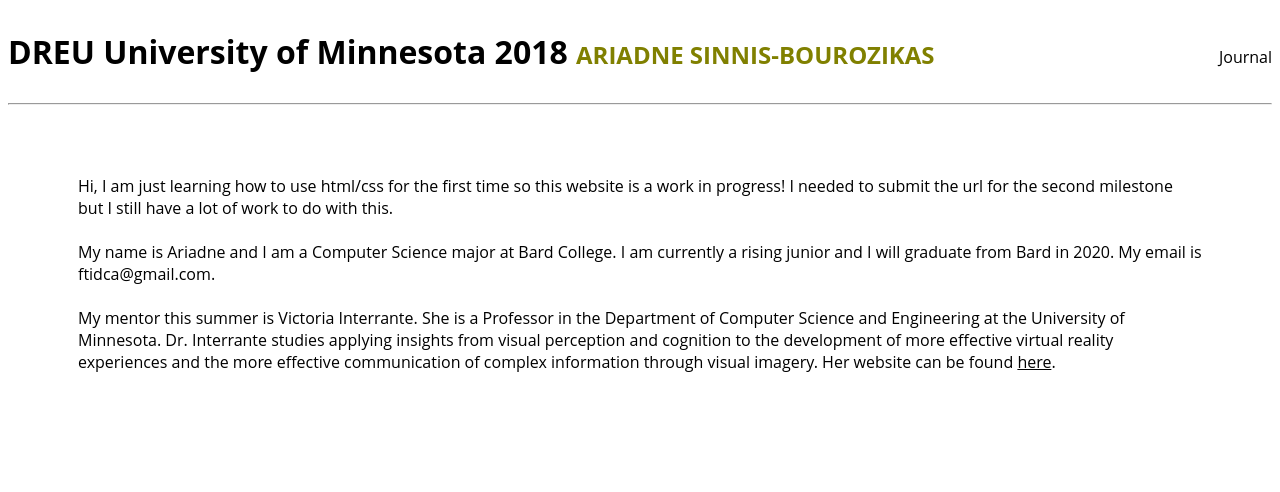
Repository: ariadnesb/dreu2018
Page: index.html
The author's editor kept a record of every edit. The page is drawn from the files as they stood at one moment, then again after the next edit.
The browser window is 1280 px wide. The pictures show the whole page.

Above is the page before.

### index.html
<!DOCTYPE html>
<html>
    <head>
        <title>It's me</title>
        <link rel="stylesheet" href="styles.css">
        <link href="https://fonts.googleapis.com/css?family=Roboto" rel="stylesheet">
    </head>

    <body>
        <div id="header">
            <br>
            <h1>DREU University of Minnesota 2018 </h1>
            <h2>ARIADNE SINNIS-BOUROZIKAS</h2>

            <ul class="nav-bar">
                <li><a href="./journal.html">Journal</a></li>
                <!-- <li><a href="/contact.html">Contact</a></li> -->
            </ul>
            <br><br><hr>
        </div>

        <div id= "paragraph">
             <p>
                Hi, I am just learning how to use html/css for the first time so this website is a
                work in progress! I needed to submit the url for the second milestone but I still
                have a lot of work to do with this. <br><br>

                My name is Ariadne and I am a Computer Science major at Bard College. I am currently
                a rising junior and I will graduate from Bard in 2020.
                My email is ftidca@gmail.com.
                <br><br>
                My mentor this summer is Victoria Interrante. She is a Professor in the Department
                of Computer Science and Engineering at the University of Minnesota. Dr. Interrante
                studies applying insights from visual perception and cognition to the development
                of more effective virtual reality experiences and the more effective communication
                of complex information through visual imagery. Her website can be found
                <span id="emb_link"><a href="http://www-users.cs.umn.edu/~interran/">here</a></span>.

            </p>
        </div>


        <!--- divs and spans can have 1 id but many classes

        <h2>Sub header</h2>
        <h6>smol</h6>

        <div id="custom-id">
            Div tag item
        </div>
        Non div tag item

        <br><br>
        <span class="custom-class">Hello</span> world
        -->


    </body>

</html>

### styles.css
html {
  /* everything that u put here will impact contents of <html>
  aka everything */
  font-family: 'Open Sans', sans-serif;
  background-color: offwhite;

}

#custom-id {
    background-color: black;
    color: white;
}

.custom-class{
    color: blue;
    display: inline;

}

#name {
    color: #66D167;
}

#header h1 {
    display: inline;
}

#header h2 {
    display: inline;
    color: olive;
}

#header .nav-bar  {
    display: inline;
    float: right;
    list-style-type: none;

}

#header li {
    display: inline;
    padding: 0;
    background-color: none;
}

 a {
    text-decoration: none;
    display: inline;
    color: black;

}

 a:hover {
    background-color: olive;
    display: inline;
    color:white;
}

#emb_link {
    text-decoration: underline;
}

#journal {
    display:inline-block;
    margin: 70px;
}

#journal h2 {
    color: olive;
}

#journal p{
    margin-left: 20px;
}

#paragraph {
    margin: 70px;
}

After the next edit:
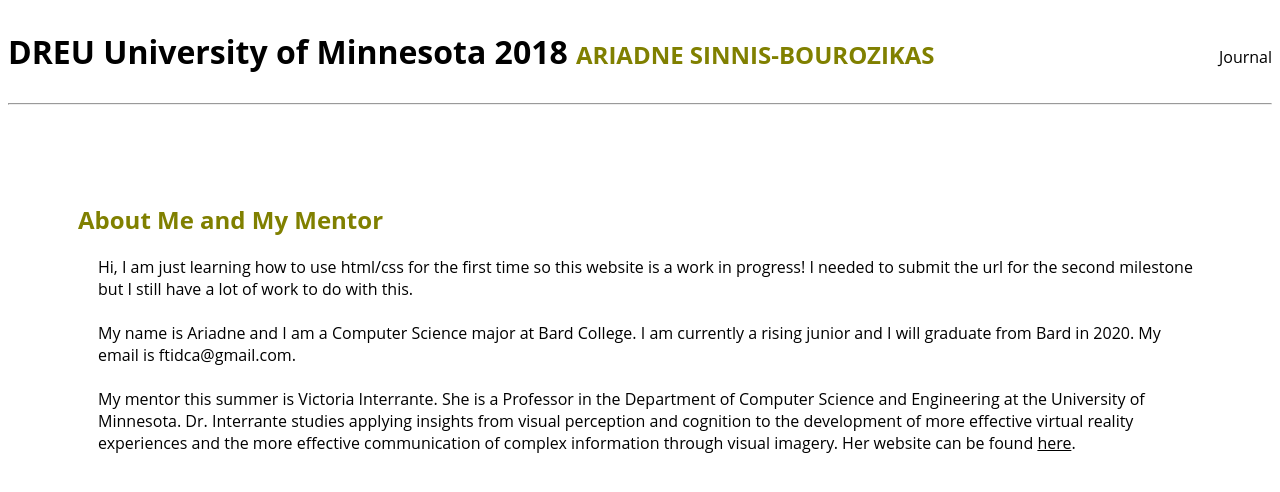
The edit:
--- a/index.html
+++ b/index.html
@@ -19,7 +19,8 @@
             <br><br><hr>
         </div>
 
-        <div id= "paragraph">
+        <div id= "journal">
+             <h2> About Me and My Mentor </h2>
              <p>
                 Hi, I am just learning how to use html/css for the first time so this website is a
                 work in progress! I needed to submit the url for the second milestone but I still
